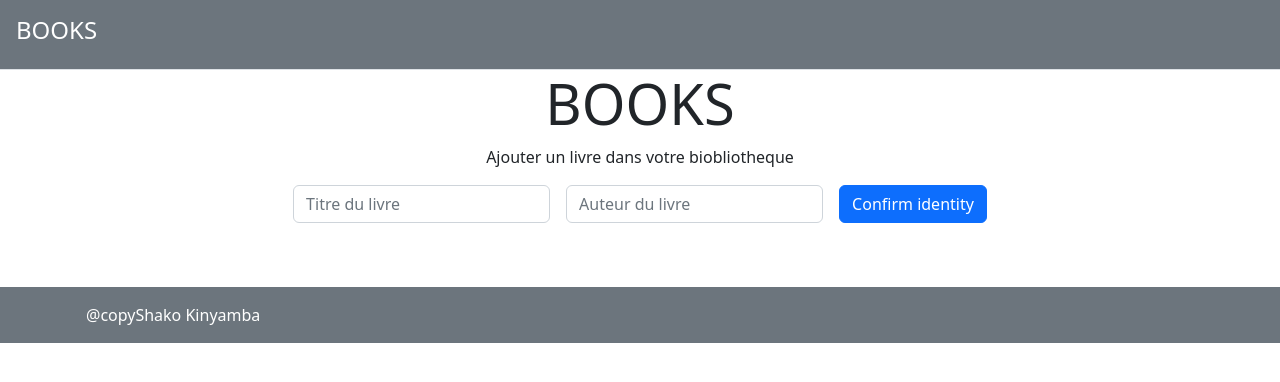
Repository: SKB-TECH/Books
Page: /
An editor plug-in stored every save of this project. The page is shown before and after the next save, followed by the edit.
The browser window is 1280 px wide. The pictures show the whole page.
The project was rebuilt for these pictures with package versions that can differ from the ones it lists, and the page was loaded fresh each time. Also part of the build but not shown: vite.config.js.

Above is the page before, as saved 2022-11-09 15:59:21.

After the next save:
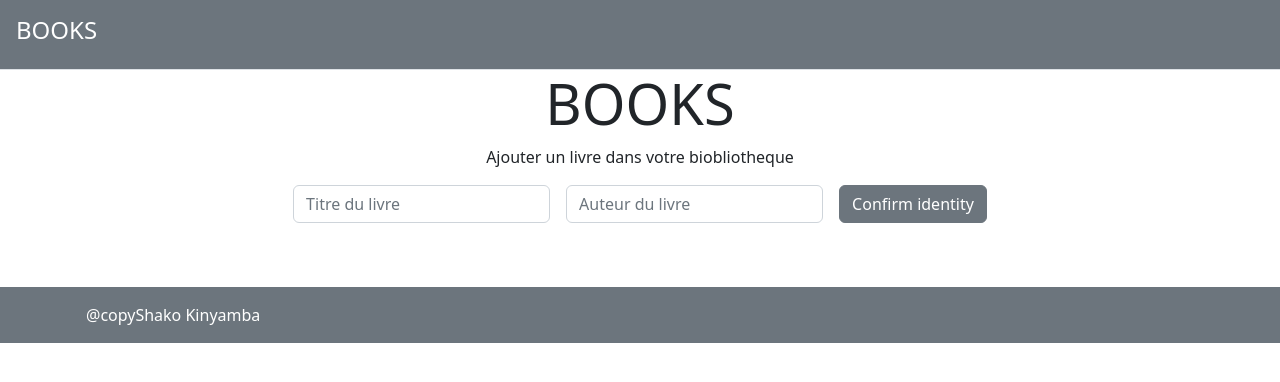
Saved 59 s later.
--- a/src/Containers/AddBooks.jsx
+++ b/src/Containers/AddBooks.jsx
@@ -20,7 +20,7 @@ const AddBooks = () => {
                             <input type="password" className="form-control" id="inputPassword2" placeholder="Auteur du livre" />
                         </div>
                         <div class="col-auto">
-                            <button type="submit" className="btn btn-primary mb-3">Confirm identity</button>
+                            <button type="submit" className="btn btn-secondary mb-3">Confirm identity</button>
                         </div>
                     </form>
                 </div>
